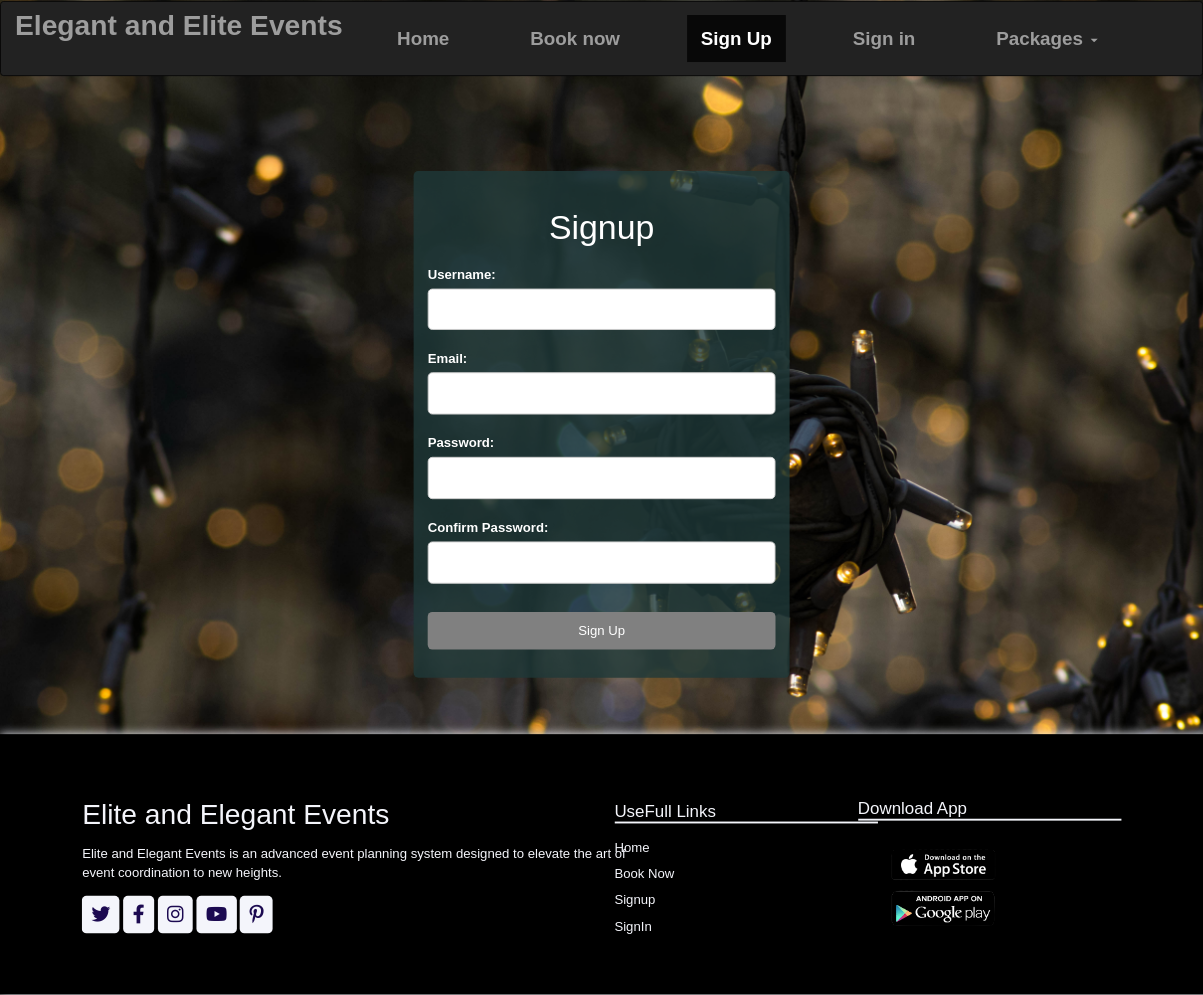
Repository: it22272690/Event-Planning-System
Page: http://localhost/PaymentDemo/Signup.jsp
These files come from the project's save history. The page is drawn as it stood at one moment and after the next save; the edit follows.
The browser window is 1280 px wide. The pictures show the whole page, at 94% of full size.
Some web fonts or font styles are not loaded; a fallback is used. The page is served by Tomcat 10. Other server files are loaded and not shown.

Above is the page before, as saved 2023-10-25 13:05:42.

### PaymentDemo/src/main/webapp/Signup.jsp
<%@ page language="java" contentType="text/html; charset=ISO-8859-1"
    pageEncoding="ISO-8859-1"%>


<!DOCTYPE html>
<html lang="en">
<head>

    <meta charset="UTF-8">
    <meta name="viewport" content="width=device-width, initial-scale=1.0">
    <title>Event Planning System Signup</title>
     <!-- Style Css Link -->
    <link rel="stylesheet" href="css/footer.css">
    <!-- Style Css Link -->

    <!-- Font Awesome Cdn -->
    <link rel="stylesheet" href="https://cdnjs.cloudflare.com/ajax/libs/font-awesome/6.4.0/css/all.min.css">
    <!-- Font Awesome Cdn -->

    <!-- Google Font links -->
    <link rel="preconnect" href="https://fonts.googleapis.com">
    <link rel="preconnect" href="https://fonts.gstatic.com" crossorigin>
    <link href="https://fonts.googleapis.com/css2?family=Josefin+Sans:wght@500&display=swap" rel="stylesheet">
    <!-- Google Font links -->

    <link rel="stylesheet" href="css\signup.css">
    <link rel="stylesheet" href="css\home.css">
    <title>Bootstrap Example</title>
        <meta charset="utf-8">
        <meta name="viewport" content="width=device-width, initial-scale=1">
        <link rel="stylesheet" href="https://maxcdn.bootstrapcdn.com/bootstrap/3.4.1/css/bootstrap.min.css">
        <script src="https://ajax.googleapis.com/ajax/libs/jquery/3.6.4/jquery.min.js"></script>
        <script src="https://maxcdn.bootstrapcdn.com/bootstrap/3.4.1/js/bootstrap.min.js"></script>
    </head>
    <body>

        <header>

            <nav class="navbar navbar-inverse">

                <div class="container-fluid">
                    <div class="navbar-header">

                        <a class="navbar-brand" href="#"><b style="font-size:30px;">Elegant and Elite Events</b></a>

                    </div>
                    <ul class="nav navbar-nav">

                        <li><a href="Home.jsp">Home</a></li>
                        <li><a href="Navigate.jsp">Book now</a></li>
                        <li class="active"><a href="Signup.jsp">Sign Up</a></li>
                        <li><a href="Signin.jsp">Sign in</a></li>
                        <li class="dropdown"> <!-- Dropdown Menu -->
                        <a href="#" class="dropdown-toggle" data-toggle="dropdown">Packages <span class="caret"></span></a>
                        <ul class="dropdown-menu">
                            <li class="center-text"><a href="food.jsp">Food and Beverages</a></li>
                            <li class="center-text"><a href="deco.jsp">Decorations</a></li>
                            <li class="center-text"><a href="entertain.jsp">Entertainment</a></li>
                            <li class="center-text"><a href="#">Hotels</a></li>

                            </ul>
                            </li>


                    </ul>
                </div>
            </nav>

        </header>
        </body>
        </html>
</head>
<body>
<style>
   body {

         background-image: url("images/signup.jpg");
         font-family: 'Times New Roman';
        }
        footer {
    background-color: #222; /* Dark background for footer */
    padding: 10px;
    text-align: left;
}
h1 {
    text-align: center;
    color:#fff;
}
</style>
    <br><br><br><br>
    <div class="container">
        <h1>Signup </h1>
        <form id="signupForm" action="Signin.jsp" method="post">
            <label for="username">Username:</label>
            <input type="text" id="username" name="username" required>

            <label for="email">Email:</label>
            <input type="email" id="email" name="email" required>

            <label for="password">Password:</label>
            <input type="password" id="password" name="password" required>

            <label for="confirmPassword">Confirm Password:</label>
            <input type="password" id="confirmPassword" name="confirmPassword" required><br>

            <button type="submit">Sign Up</button>
        </form>
        <p id="errorText"></p>
    </div>
    <script src="js\signup.js"></script><br><br><br>
   <footer id="footer">
    <div class="footer-content">
        <div class="row" id="row1">
            <a href="#" id="footer-logo">Elite and Elegant Events</a>
            <p>Elite and Elegant Events is an advanced event planning system designed to elevate the art of event coordination to new heights.</p>
            <div class="socail-links">
                <i class="fa-brands fa-twitter"></i>
                <i class="fa-brands fa-facebook-f"></i>
                <i class="fa-brands fa-instagram"></i>
                <i class="fa-brands fa-youtube"></i>
                <i class="fa-brands fa-pinterest-p"></i>
            </div>
        </div>
        <div class="row" id="row2">
            <h3>UseFull Links</h3>
            <ul>
                <li><a href="#">Home</a></li>
                <li><a href="#">Book Now</a></li>
                <li><a href="#">Signup</a></li>
                <li><a href="#">SignIn</a></li>

            </ul>
        </div>

        <div class="row" id="row4">
            <h3>Download App</h3>
            <img src="images/app.png" alt="foot">
        </div>
    </div>
</footer>
</body>
</html>

### PaymentDemo/src/main/webapp/css/footer.css
*{
    margin: 0;
    padding: 0;
    box-sizing: border-box;
    text-decoration: none;
    list-style: none;
    scroll-behavior: smooth;
    font-family: 'Josefin Sans', sans-serif;
}
html::-webkit-scrollbar-track{
    background: transparent;
}
html::-webkit-scrollbar-thumb{
    background: #f4f5fb;
    border-radius: 10px;
}
html::-webkit-scrollbar{
    width: 10px;
}
body{
    background: #fff;
}


/* Footer Start */
#footer{
    width: 100%;
    padding: 50px 8% 50px;
    background-color: black;
    box-shadow: 10px 10px 10px 10px #f4f5fb;
}
.footer-content{
    display: grid;
    grid-template-columns: repeat(auto-fit, minmax(250px, auto));
    align-items: center;
    gap: 0.90rem;
}
#footer #row1{
    position: relative;
    overflow: hidden;
}
#footer #row1 #footer-logo{
    font-size: 30px;
    color: #f4f5fb;
}
#footer #row1 p{
    color: #f4f5fb;
    margin-top: 10px;
}
.socail-links{
    margin-top: 15px;
}
.socail-links i{
    color: #1c0a51;
    background: #f4f5fb;
    font-size: 20px;
    padding: 10px;
    border-radius: 5px;
    cursor: pointer;
}
#row2 h3{
    font-size: 18px;
    color: #f4f5fb;
    border-bottom: 2px solid #f4f5fb;
}
#row2 ul{
    margin-top: 15px;
}
#row2 ul li{
    margin-top: 8px;
}
#row2 ul li a{
    color: #f4f5fb;
    transition: 0.5s ease;
}
#row2 li a:hover{
    border-bottom: 1px solid #f4f5fb;
}
#row3 h3{
    font-size: 18px;
    color: #f4f5fb;
    border-bottom: 2px solid #f4f5fb;
}
#row3 ul{
    margin-top: 15px;
}
#row3 ul li{
    margin-top: 8px;
}
#row3 ul li a{
    color: #f4f5fb;
    transition: 0.5s ease;
}
#row3 li a:hover{
    border-bottom: 1px solid #f4f5fb;
}
#row4 h3{
    font-size: 18px;
    color: #f4f5fb;
    border-bottom: 2px solid #f4f5fb;
}
#row4 img{
    width: 180px;
    cursor: pointer;
}
/* Footer End */

### PaymentDemo/src/main/webapp/css/signup.css
* {
    margin: 0;
    padding: 0;
    box-sizing: border-box;
}

body {
    font-family: 'Times New Roman';
    background-image: url("images\signup.jpg");
    background-repeat: no-repeat;
    background-size: cover;
}

.container {
    max-width: 400px;
    margin: 0 auto;
    padding: 20px;
    background-color: rgba(31, 57, 57, 0.8); /* Semi-transparent background color */
    border-radius: 5px;
}

h1 {
    text-align: center;
    color:#fff;
}

form {
    display: flex;
    flex-direction: column;
    color:#fff;
}

label {
    margin-top: 10px;
    font-weight: bold;
}

input[type="text"],
input[type="email"],
input[type="password"] {
    padding: 10px;
    margin-bottom: 10px;
    border: 1px solid #ccc;
    border-radius: 5px;
    font-size: 16px;
}

button {
    background-color:#808080;
    color:#fff;
    padding: 10px;
    border: none;
    border-radius: 5px;
    font-size: 20px;
    cursor: pointer;
}

    button:hover {
        background-color: rgba(31, 57, 57, 0.8);
    }

#errorText {
    color: red;
    text-align: center;
    margin-top: 10px;
}

### PaymentDemo/src/main/webapp/css/home.css

.button {
    display: inline-block;
    padding: 10px 20px;
    background-color: #D2691E;
    color: #fff;
    text-decoration: none;
    border-radius: 10px;
    margin-right: 10px;
}

body {
    font-family: 'Courier New';
    margin: 0;
    padding: 0;
    background-color: rgb(0, 0, 255);
    color: #fff;
}

header {
    display: flex;
    font-family: Arial;
    font-size: 20px;
    align-items: center;

    padding: 1px 0;
    justify-content: space-between; /* Center buttons horizontally */
}

    header img {
        width: 100px; /* Adjust the width as needed */
        height: auto; /* Preserve the aspect ratio */
        margin-left: 20px; /* Add some left margin to the logo */
    }

nav ul {
    list-style-type: none;
    padding: 0;
    text-align: center; /* Center buttons vertically */
}

    nav ul li {
        display: inline;
        float: right;
        display: block;
        color: white;
        padding: 14px 18px;
        text-decoration: none;
    }

        nav ul li a {
            color: #fff;
            text-decoration: none;
            font-weight: bold;
            margin: 0 10px; /* Add some horizontal spacing between the buttons */
        }

.services {
    display: flex;
    flex-wrap: wrap;
    justify-content: center;
    margin: 20px auto;
    max-width: 1200px;
    color: #8B4513; /* Set the text color to white for visibility */
}

.service {
    background-color: #fff;
    border: 1px solid #FF4500; /* Slightly darker border */
    border-radius: 5px;
    padding: 20px;
    margin: 10px;
    text-align: center;
    width: calc(33.33% - 20px);
}

footer {
    background-color: #222; /* Dark background for footer */
    padding: 20px;
    text-align: left;
}

.contact, .social-media {
    display: inline-block;
    margin: 0 20px;
    text-align: left;
    color: #fff;
}

    .social-media a {
        color: #fff;
        text-decoration: none;
        margin: 5px;
        text-align: left;
    }

/* Add this CSS to style the search bar */
.search-section {
    display: flex;
    align-items: center;
}

.search-bar {
    padding: 10px;
    border: 1px solid #ccc;
    border-radius: 5px;
    margin-right: 10px;
    width: 200px; /* Adjust the width as needed */
    outline: none; /* Remove the outline on focus */
}

    .search-bar::placeholder {
        color: #999; /* Placeholder text color */
    }

.search-button {
    background-color: #D2691E;
    color: #fff;
    padding: 10px 20px;
    border: none;
    border-radius: 5px;
    cursor: pointer;
    font-weight: bold;
}

### PaymentDemo/src/main/webapp/js/signup.js
document.addEventListener('DOMContentLoaded', function () {
    const signupForm = document.getElementById('signupForm');
    const errorText = document.getElementById('errorText');

    signupForm.addEventListener('submit', function (e) {
        e.preventDefault();

        // Get form values
        const username = document.getElementById('username').value;
        const email = document.getElementById('email').value;
        const password = document.getElementById('password').value;
        const confirmPassword = document.getElementById('confirmPassword').value;

        // Check if passwords match
        if (password !== confirmPassword) {
            errorText.textContent = 'Passwords do not match.';
            return;
        }

        // Perform further validation if needed

        // Submit the form data to the server or perform other actions
        // For demonstration purposes, just display a success message
        errorText.textContent = 'Signup successful!';

        // You would typically send the form data to the server for processing here
    });
});

After the next save:
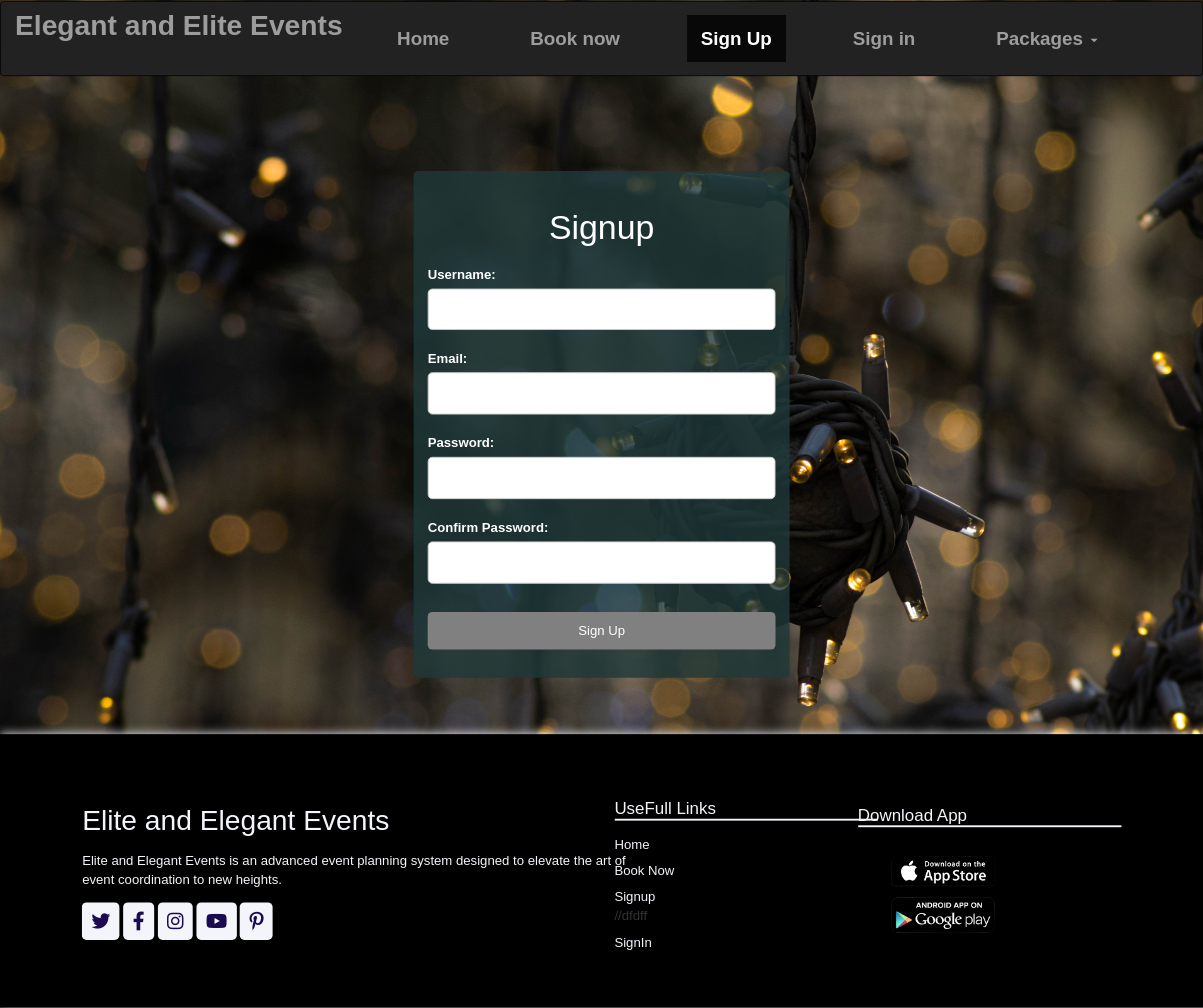
Saved 40 s later.
--- a/PaymentDemo/src/main/webapp/Signup.jsp
+++ b/PaymentDemo/src/main/webapp/Signup.jsp
@@ -126,7 +126,7 @@ h1 {
             <ul>
                 <li><a href="#">Home</a></li>
                 <li><a href="#">Book Now</a></li>
-                <li><a href="#">Signup</a></li>
+                <li><a href="#">Signup</a></li>				//dfdff
                 <li><a href="#">SignIn</a></li>
 
             </ul>
